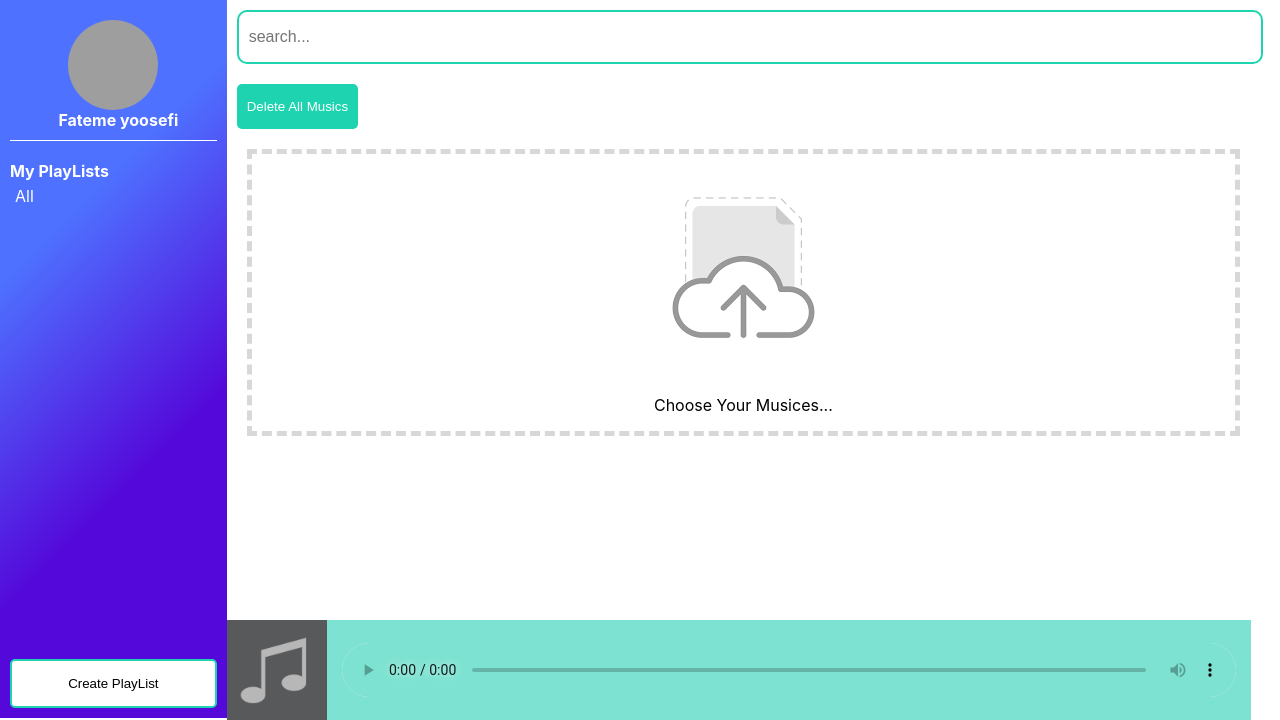
Repository: fateme81yosefi/musicPlayer
Page: /
These files come from the project's save history. The page is drawn as it stood at one moment and after a run of saves; the edit follows.
The browser window is 1280 px wide. The pictures show the whole page.
Pictures or frames that could not be fetched are drawn as grey boxes. The project was rebuilt for these pictures with package versions that can differ from the ones it lists, and the page was loaded fresh each time.

Above is the page before, as saved 2025-06-28 13:47:51.

### src/App.js
import React from 'react';
import FileUploader from './Data/FileUploader/FileUploader';
import MainPage from './Components/MainPage/MainPage';


const App = () => {



  return (
    <div>
      <MainPage />
    </div>
  );
}

export default App;

### src/Data/FileUploader/FileUploader.js
import React, { useState, useEffect } from 'react';
import { useDropzone } from 'react-dropzone';
import { openDB } from 'idb';
import "./FileUploader.css";

const DB_NAME = 'AudioFilesDB';
const DB_VERSION = 1;
const STORE_NAME = 'audioFiles';

const initDB = async () => {
    const db = await openDB(DB_NAME, DB_VERSION, {
        upgrade(db) {
            if (!db.objectStoreNames.contains(STORE_NAME)) {
                const store = db.createObjectStore(STORE_NAME, { keyPath: 'name' });
                store.createIndex('category', 'category');
                store.createIndex('isFav', 'isFav');
            }
        }
    });
    return db;
};

const getStoredFiles = async (db) => {
    const tx = db.transaction(STORE_NAME, 'readonly');
    const store = tx.objectStore(STORE_NAME);
    return await store.getAll();
};

const storeFile = async (db, file) => {
    const tx = db.transaction(STORE_NAME, 'readwrite');
    const store = tx.objectStore(STORE_NAME);
    await store.put(file);
    await tx.done;
};


const FileUploader = ({ handlePlay, query, selectedCategory }) => {
    const [audioFiles, setAudioFiles] = useState([]);
    const [categories, setCategories] = useState([]);
    const [currentCategory, setCurrentCategory] = useState('All');


    const deleteAllFiles = async () => {
        const db = await initDB();
        const tx = db.transaction(STORE_NAME, 'readwrite');
        const store = tx.objectStore(STORE_NAME);
        await store.clear();
        await tx.done;
        window.location.reload()
    };

    useEffect(() => {
        const storedCategories = JSON.parse(localStorage.getItem('categories'));
        if (storedCategories) {
            setCategories(storedCategories);
        }
    }, []);


    useEffect(() => {
        setCurrentCategory(selectedCategory)
    }, [selectedCategory])


    useEffect(() => {
        if (query !== "") {
            setAudioFiles(audioFiles.filter((item) => item.name.toLowerCase().includes(query.toLowerCase())));
        } else {
            const fetchStoredFiles = async () => {
                const db = await initDB();
                const storedFiles = await getStoredFiles(db);
                setAudioFiles(storedFiles.map(file => ({
                    ...file,
                    data: URL.createObjectURL(new Blob([file.data], { type: file.type }))
                })));
            };

            fetchStoredFiles();
        }
    }, [query]);

    useEffect(() => {
        const fetchStoredFiles = async () => {
            const db = await initDB();
            const storedFiles = await getStoredFiles(db);
            setAudioFiles(storedFiles.map(file => ({
                ...file,
                data: URL.createObjectURL(new Blob([file.data], { type: file.type }))
            })));
        };

        fetchStoredFiles();
    }, []);

    const onDrop = async (acceptedFiles) => {
        const mp3Files = acceptedFiles.filter((file) => file.name.endsWith('.mp3'));

        const db = await initDB();

        for (const file of mp3Files) {
            const fileData = await file.arrayBuffer();
            await storeFile(db, { name: file.name, type: file.type, data: fileData, category: '' });
        }

        const storedFiles = await getStoredFiles(db);
        setAudioFiles(storedFiles.map(file => ({
            ...file,
            data: URL.createObjectURL(new Blob([file.data], { type: file.type }))
        })));
    };

    const handleCategoryChange = async (file, category) => {
        const updatedFile = { ...file, category };

        const db = await initDB();
        await storeFile(db, updatedFile);

        const storedFiles = await getStoredFiles(db);
        setAudioFiles(storedFiles.map(f => ({
            ...f,
            data: URL.createObjectURL(new Blob([f.data], { type: f.type }))
        })));
    };

    const { getRootProps, getInputProps } = useDropzone({ onDrop });

    return (
        <div className='containSingle'>

            <button className='deleteAll' onClick={deleteAllFiles}>Delete All Musics</button>
            {audioFiles
                .filter(file => currentCategory === "All" || file.category === currentCategory)
                .map((file, index) => (
                    <div className='singleSelectedAudio' key={index}>
                        <div className='row'>
                            <div className='containDetails'>
                                <img className='cover' alt="cover" src='/song_cover.png' />
                                <span className='name'>{file.name}</span>
                            </div>
                            <div className='row'>
                                <select
                                    value={file.category}
                                    onChange={(e) => handleCategoryChange(file, e.target.value)}
                                >
                                    <option value="">Select Category</option>
                                    {categories.map((category, index) => (
                                        <option key={index} value={category}>{category}</option>
                                    ))}
                                </select>
                                <button className='btnPlay' onClick={() => handlePlay(file)}>
                                    <img className='play' alt='icon' src='/play-button.svg' />
                                </button>
                            </div>
                        </div>
                        <audio className='selectedAudio' src={file.data} key={index} controls />
                    </div>
                ))}


            <div {...getRootProps()}>
                <input {...getInputProps()} />
                <div className='chooseFile'>
                    <img alt='drag file' src='/images.png' />
                    <p> Choose Your Musices...</p>
                </div>
            </div>
        </div>
    );
};

export default FileUploader;

### src/Components/MainPage/MainPage.js
import React, { useState, useEffect } from 'react';
import Modal from 'react-modal';
import FileUploader from "../../Data/FileUploader/FileUploader";
import "./MainPage.css";

const MainPage = () => {
    const [category, setCategory] = useState('');
    const [categories, setCategories] = useState([]);
    const [currentMusic, setCurrentMusic] = useState({});
    const [showModal, setShowModal] = useState(false);
    const [searchQuery, setSearchQuery] = useState('');
    const [selectedCategory, setSelectedCategory] = useState('');


    useEffect(() => {
        const storedCategories = JSON.parse(localStorage.getItem('categories'));
        if (storedCategories) {
            setCategories(storedCategories);
        }
    }, []);

    const handleAddCategory = () => {
        if (category) {
            const updatedCategories = [...categories, category];
            setCategories(updatedCategories);
            setCategory('');
            localStorage.setItem('categories', JSON.stringify(updatedCategories));
            setShowModal(false)
        }
    };

    const handlePlay = (file) => {
        setCurrentMusic(file);
    };


    return (
        <div className="container">
            <Modal
                isOpen={showModal}
                contentLabel="Create Playlist"
                className="modalCategory"
            >
                <h2>Create Playlist</h2>
                <input
                    type="text"
                    value={category}
                    placeholder='Enter Your Playlist Name'
                    onChange={(e) => setCategory(e.target.value)}
                />
                <button onClick={handleAddCategory}>Confirm</button>
            </Modal>

            <div className="leftMenue">
                <div className="top">
                    <div className="imageProfile">
                        <img src="https://encrypted-tbn0.gstatic.com/images?q=tbn:ANd9GcRXJA32WU4rBpx7maglqeEtt3ot1tPIRWptxA&s" alt="Profile" />
                        <div className="name">Fateme yoosefi</div>
                    </div>
                    <div className="categories">
                        <div className='playlist'>My PlayLists</div>
                        <div className='category' onClick={() => { setSelectedCategory('') }}>All</div>
                        {
                            categories.map((item, index) => <div key={index} className='category' onClick={() => { setSelectedCategory(item) }}>{item}</div>)
                        }
                    </div>
                </div>
                <button className='create' onClick={() => setShowModal(true)}>Create PlayList</button>
            </div>
            <div className="rightPage">
                <input className='inputSearch' placeholder="search..." onChange={(e) => setSearchQuery(e.target.value)}
                />
                <FileUploader handlePlay={handlePlay} query={searchQuery} selectedCategory={selectedCategory} />
                <div className="currentlyPlay">
                    <img src="/song_cover.png" alt="کاور آهنگ" />
                    <div className="containName">
                        <span className="musicName">{currentMusic.name}</span>
                        <audio id="player" src={currentMusic.data} controls ></audio>
                    </div>
                </div>
                <div>
                </div>
            </div>
        </div>
    )
};

export default MainPage;

### src/Data/FileUploader/FileUploader.css
.chooseFile{
    border: 5px dashed rgb(216, 216, 216);
    display: flex;
    flex-direction: column;
    align-items: center;
    justify-content: space-around;
    margin: 10px;
    margin-bottom: 100px;
}
.selectedAudio::-webkit-media-controls-panel{
    background-color: rgb(211, 211, 211);
    border: none;
}
.selectedAudio{
    border-radius: 0;
    background-color:  rgb(211, 211, 211);
    padding: 20px;
    width: 100% !important;
    display: none;
}
.singleSelectedAudio{
    background-color:  rgb(255, 255, 255);
    border-bottom: 1px solid rgb(238, 238, 238);
}
.row{
    display: flex;
    flex-direction: row;
    justify-content: space-between;
}

.cover{
   width: 40px;
   height: 40px;
}
.containDetails{
    display: flex;
    flex-direction: row;
    align-items: center;
    justify-content: center;
}

.containSingle{
    padding: 10px;
}
.name{
    margin-left: 10px;
}
.play{
    width: 30px;
    height:30px;
}
.btnPlay{
    background-color: transparent;
    border: none;
}

.deleteAll{
    background-color: #1dd3b0;
    margin-bottom: 10px;
    padding: 15px 10px;
    border-radius: 5px;
    border: none;
    color: #ffff;

}
select{
    background-color: #1dd3b0;
    padding: 10px;
    border: none;
    color: white;
}

### src/Components/MainPage/MainPage.css
.container {
  display: flex;
  flex-direction: row;
  background-color: #ffffff;
}
.leftMenue {
  background: linear-gradient(
    135deg,
    #4E71FF 0%,
    #4E71FF 30%,
    #5409DA 65%,
    #5409DA 100%
  );
  width: 20%;
  height: 97vh;
  display: flex;
  flex-direction: column;
  justify-content: space-between;
  padding: 10px;
}
.imageProfile {
  display: flex;
  flex-direction: column;
  align-items: center;
  border-bottom: 1px solid white;
  padding: 10px;
  color: #ffffff;
  font-weight: bold;
  justify-content: space-between;
}

.imageProfile img {
  border-radius: 100%;
  width: 90px;
  height: 90px;
}
.playlist {
  font-size: medium;
  color: #ffffff;
  font-weight: bold;
  margin-top: 20px;
}
.rightPage {
  width: 100%;
  height: 100vh;
  position: relative;
  padding: 0 20px 0 0;
  padding-left: 0;
}
.rightPage input {
  width: 97%;
  height: 40px;
  font-size: medium;
}
.currentlyPlay {
  display: flex;
  flex-direction: row;
  align-items: center;
  background-color: #7de2d1;
  height: 100px;
  bottom: 0;
  position: fixed;
  width: 80%;
}
.currentlyPlay img {
  width: 100px;
  height: 100px;
}
.containName {
  width: 100%;
  padding: 15px;
}
.musicName {
  font-weight: bold;
}
audio {
  width: 100%;
  display: flex;
  flex-direction: column;
  border: none;
}

audio::-webkit-media-controls-panel {
  background-color: #7de2d1;
  border: none;
}
.rightPage {
  overflow: scroll;
}
.modalCategory {
  position: fixed;
  background-color: #7de2d1;
  top: 50%;
  left: 50%;
  transform: translate(-50%, -50%);
  width: 30%;
  display: flex;
  flex-direction: column;
  align-items: center;
  justify-content: center;
  color: white;
}
.modalCategory input {
  padding: 10px;
  margin-bottom: 10px;
  width: 80%;
}
.modalCategory button {
  background-color: #1dd3b0;
  margin-bottom: 10px;
  padding: 15px 10px;
  border-radius: 5px;
  border: none;
  color: #ffff;
}

.category {
  font-size: medium;
  color: #ffffff;
  margin-left: 5px;
  margin: 5px;
}

.inputSearch {
  margin: 10px;
  border: 2px solid #1dd3b0;
  padding: 5px 10px;
  border-radius: 10px;
}

.create {
  border: 2px solid #1dd3b0;
  padding: 15px 10px;
  border-radius: 5px;
  background-color: white;
}
h3,
h4 {
  color: white;
}

Loaded but not shown: public/index.html (common file); src/index.js (common file); src/index.css (common file); src/reportWebVitals.js (common file)

After the next 3 saves:
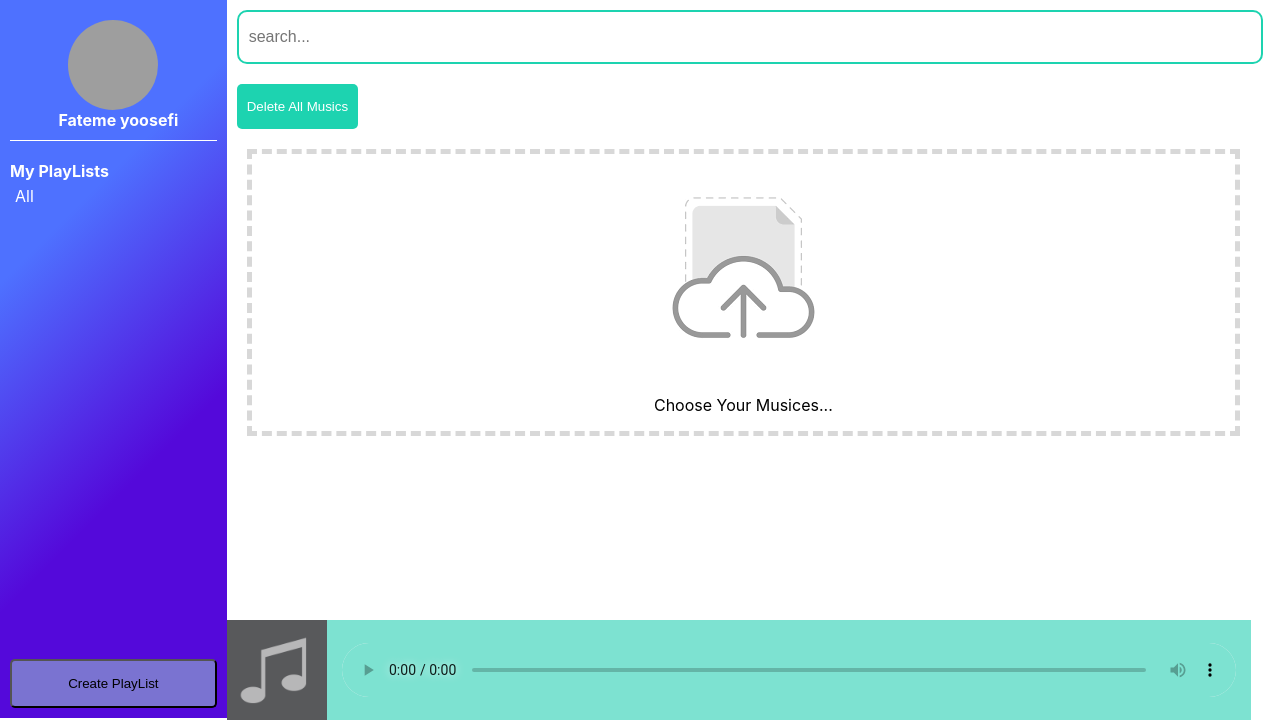
The 3 saves are shown as one change because they came seconds apart.
The last was saved 49 s later.
--- a/src/Components/MainPage/MainPage.css
+++ b/src/Components/MainPage/MainPage.css
@@ -129,10 +129,9 @@ audio::-webkit-media-controls-panel {
 }
 
 .create {
-  border: 2px solid #1dd3b0;
   padding: 15px 10px;
   border-radius: 5px;
-  background-color: white;
+  background-color: #7A73D1;
 }
 h3,
 h4 {
